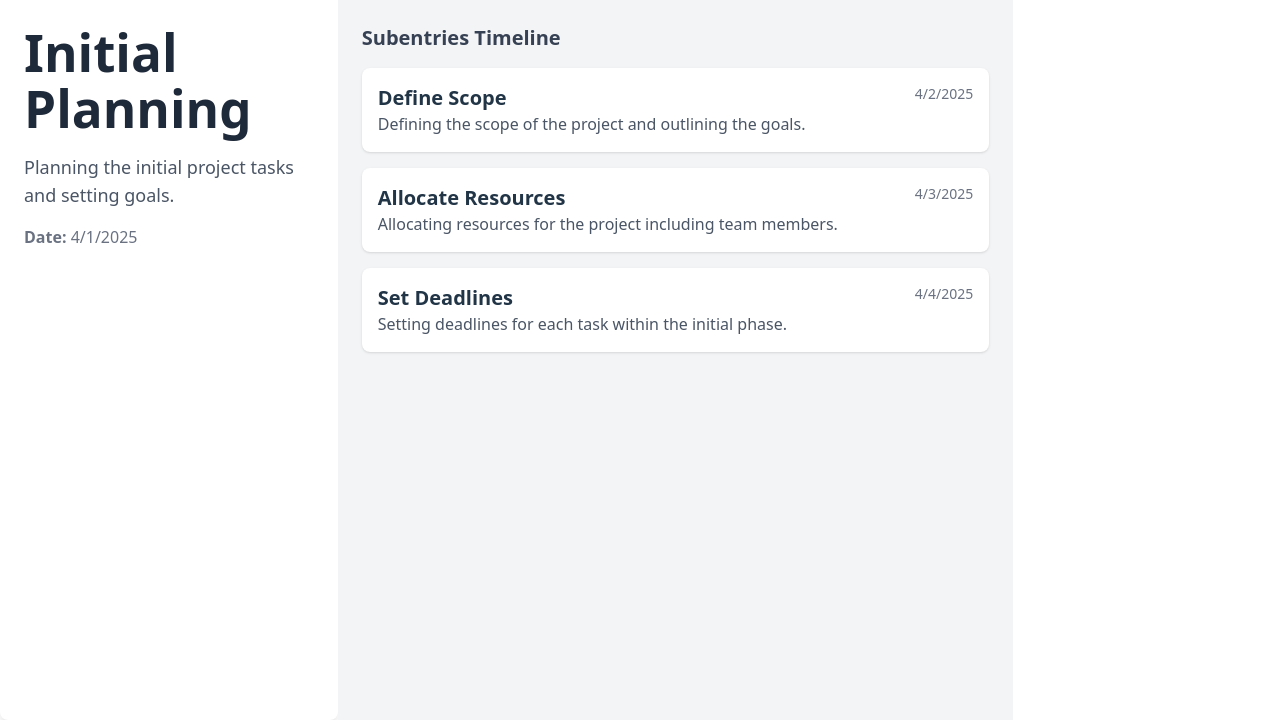
Repository: mohitagrawal0412/Workify
Page: /entryDetails (app in client/)
These files come from the project's save history. The page is drawn as it stood at one moment and after the next save; the edit follows.
The browser window is 1280 px wide. The pictures show the whole page.
The project was rebuilt for these pictures with package versions that can differ from the ones it lists, and the page was loaded fresh each time. Also part of the build but not shown: client/vite.config.js, client/src/Components/Dashboard/Dashboard.jsx, client/src/Components/Dashboard/AllProjects.jsx, client/src/Components/Dashboard/ProjectDetails.jsx.

Above is the page before, as saved 2025-04-15 10:33:08.

### client/src/App.jsx
import './App.css';
import { BrowserRouter as Router, Routes, Route } from 'react-router-dom';
import Dashboard from './Components/Dashboard/Dashboard';
import AllProjects from './Components/Dashboard/AllProjects'; // adjust path as needed
import ProjectDetails from './Components/Dashboard/ProjectDetails'; // Add this import for the project details page
import EntryDetails from './Components/Dashboard/EntryDetails'; // Add this import for the entry details page

function App() {
  return (
    <Router>
      <Routes>
        {/* Route for Dashboard */}
        <Route path="/" element={<Dashboard />} />

        {/* Route for All Projects */}
        <Route path="/projects" element={<AllProjects />} />

        {/* Route for Project Details, assuming we are passing projectId */}
        <Route path="/projectDetails" element={<ProjectDetails />} />

        {/* Route for Entry Details, assuming we are passing entryId */}
        <Route path="/entryDetails" element={<EntryDetails />} />
      </Routes>
    </Router>
  );
}

export default App;

### client/src/Components/Dashboard/EntryDetails.jsx
import React from "react";

const EntryDetails = () => {
    // Static data for the entry
    const entry = {
        title: "Initial Planning",
        description: "Planning the initial project tasks and setting goals.",
        date: "2025-04-01",
        subentries: [
            {
                _id: "subentry1",
                title: "Define Scope",
                description: "Defining the scope of the project and outlining the goals.",
                date: "2025-04-02",
            },
            {
                _id: "subentry2",
                title: "Allocate Resources",
                description: "Allocating resources for the project including team members.",
                date: "2025-04-03",
            },
            {
                _id: "subentry3",
                title: "Set Deadlines",
                description: "Setting deadlines for each task within the initial phase.",
                date: "2025-04-04",
            },
        ],
    };

    return (
        <div className="min-h-screen flex">
            {/* Left Side: Entry Details */}
            <div className="w-1/3 p-6 bg-white shadow-lg rounded-lg">
                <h1 className="text-3xl font-bold text-gray-800 mb-4">{entry.title}</h1>
                <p className="text-lg text-gray-600">{entry.description}</p>
                <p className="text-gray-500 mt-4">
                    <strong>Date:</strong> {new Date(entry.date).toLocaleDateString()}
                </p>
            </div>

            {/* Right Side: Timeline of Subentries */}
            <div className="w-2/3 p-6 bg-gray-100">
                <h2 className="text-xl font-semibold text-gray-700 mb-4">Subentries Timeline</h2>
                <div className="space-y-4">
                    {entry.subentries.map((subentry) => (
                        <div
                            key={subentry._id}
                            className="p-4 bg-white shadow rounded-lg cursor-pointer hover:bg-gray-50"
                        >
                            <div className="flex justify-between">
                                <p className="text-xl font-bold">{subentry.title}</p>
                                <p className="text-sm text-gray-500">
                                    {new Date(subentry.date).toLocaleDateString()}
                                </p>
                            </div>
                            <p className="text-gray-600">{subentry.description}</p>
                        </div>
                    ))}
                </div>
            </div>
        </div>
    );
};

export default EntryDetails;

Loaded but not shown: client/index.html (common file); client/src/main.jsx (common file); client/src/index.css (common file); client/src/App.css (common file)

After the next save:
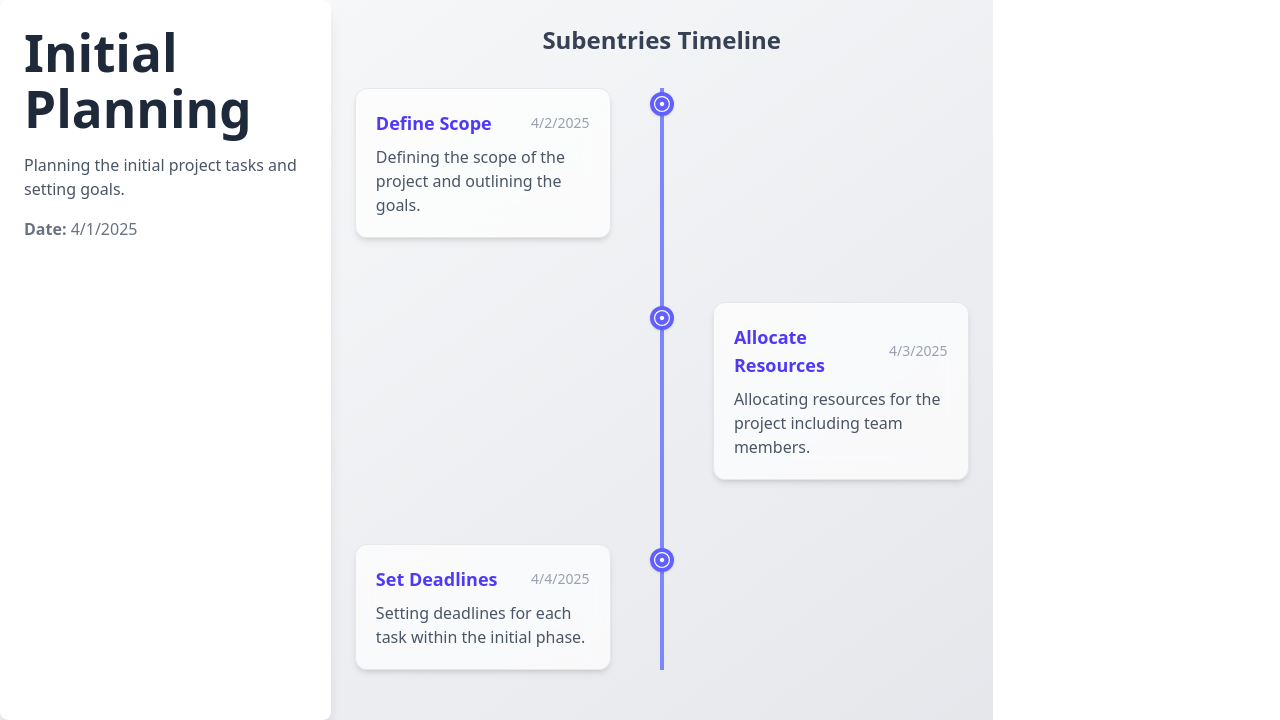
Saved 72 s later.
--- a/client/src/Components/Dashboard/EntryDetails.jsx
+++ b/client/src/Components/Dashboard/EntryDetails.jsx
@@ -1,7 +1,7 @@
 import React from "react";
+import { FaDotCircle } from "react-icons/fa";
 
 const EntryDetails = () => {
-    // Static data for the entry
     const entry = {
         title: "Initial Planning",
         description: "Planning the initial project tasks and setting goals.",
@@ -29,34 +29,56 @@ const EntryDetails = () => {
     };
 
     return (
-        <div className="min-h-screen flex">
-            {/* Left Side: Entry Details */}
-            <div className="w-1/3 p-6 bg-white shadow-lg rounded-lg">
+        <div className="h-screen flex overflow-hidden bg-gradient-to-br from-gray-50 to-gray-200">
+            {/* Left Side: Fixed Entry Info */}
+            <div className="w-1/3 p-6 bg-white shadow-lg rounded-lg sticky top-0 h-screen overflow-y-auto">
                 <h1 className="text-3xl font-bold text-gray-800 mb-4">{entry.title}</h1>
-                <p className="text-lg text-gray-600">{entry.description}</p>
-                <p className="text-gray-500 mt-4">
+                <p className="text-gray-600 mb-4">{entry.description}</p>
+                <p className="text-gray-500">
                     <strong>Date:</strong> {new Date(entry.date).toLocaleDateString()}
                 </p>
             </div>
 
-            {/* Right Side: Timeline of Subentries */}
-            <div className="w-2/3 p-6 bg-gray-100">
-                <h2 className="text-xl font-semibold text-gray-700 mb-4">Subentries Timeline</h2>
-                <div className="space-y-4">
-                    {entry.subentries.map((subentry) => (
-                        <div
-                            key={subentry._id}
-                            className="p-4 bg-white shadow rounded-lg cursor-pointer hover:bg-gray-50"
-                        >
-                            <div className="flex justify-between">
-                                <p className="text-xl font-bold">{subentry.title}</p>
-                                <p className="text-sm text-gray-500">
-                                    {new Date(subentry.date).toLocaleDateString()}
-                                </p>
-                            </div>
-                            <p className="text-gray-600">{subentry.description}</p>
-                        </div>
-                    ))}
+            {/* Right Side: Scrollable Timeline */}
+            <div className="w-2/3 p-6 overflow-y-auto h-screen">
+                <h2 className="text-2xl font-semibold text-gray-700 mb-8 text-center">Subentries Timeline</h2>
+
+                <div className="relative">
+                    {/* Vertical Line */}
+                    <div className="absolute left-1/2 transform -translate-x-1/2 h-full border-l-4 border-indigo-400"></div>
+
+                    <div className="space-y-16">
+                        {entry.subentries.map((sub, index) => {
+                            const isLeft = index % 2 === 0;
+                            return (
+                                <div
+                                    key={sub._id}
+                                    className={`relative flex ${isLeft ? "justify-start" : "justify-end"} w-full`}
+                                >
+                                    {/* Timeline Dot */}
+                                    <div className="absolute top-1 left-1/2 transform -translate-x-1/2 z-10">
+                                        <div className="w-6 h-6 bg-white border-4 border-indigo-500 rounded-full flex items-center justify-center shadow">
+                                            <FaDotCircle className="text-indigo-500 text-sm" />
+                                        </div>
+                                    </div>
+
+                                    {/* Subentry Card */}
+                                    <div
+                                        className={`w-5/12 p-5 bg-white/70 backdrop-blur-md border border-gray-200 rounded-xl shadow-md hover:shadow-xl transition-all duration-300 cursor-pointer ${isLeft ? "mr-auto" : "ml-auto"
+                                            }`}
+                                    >
+                                        <div className="flex justify-between items-center">
+                                            <h3 className="text-lg font-semibold text-indigo-600">{sub.title}</h3>
+                                            <span className="text-sm text-gray-400">
+                                                {new Date(sub.date).toLocaleDateString()}
+                                            </span>
+                                        </div>
+                                        <p className="mt-2 text-gray-600">{sub.description}</p>
+                                    </div>
+                                </div>
+                            );
+                        })}
+                    </div>
                 </div>
             </div>
         </div>
